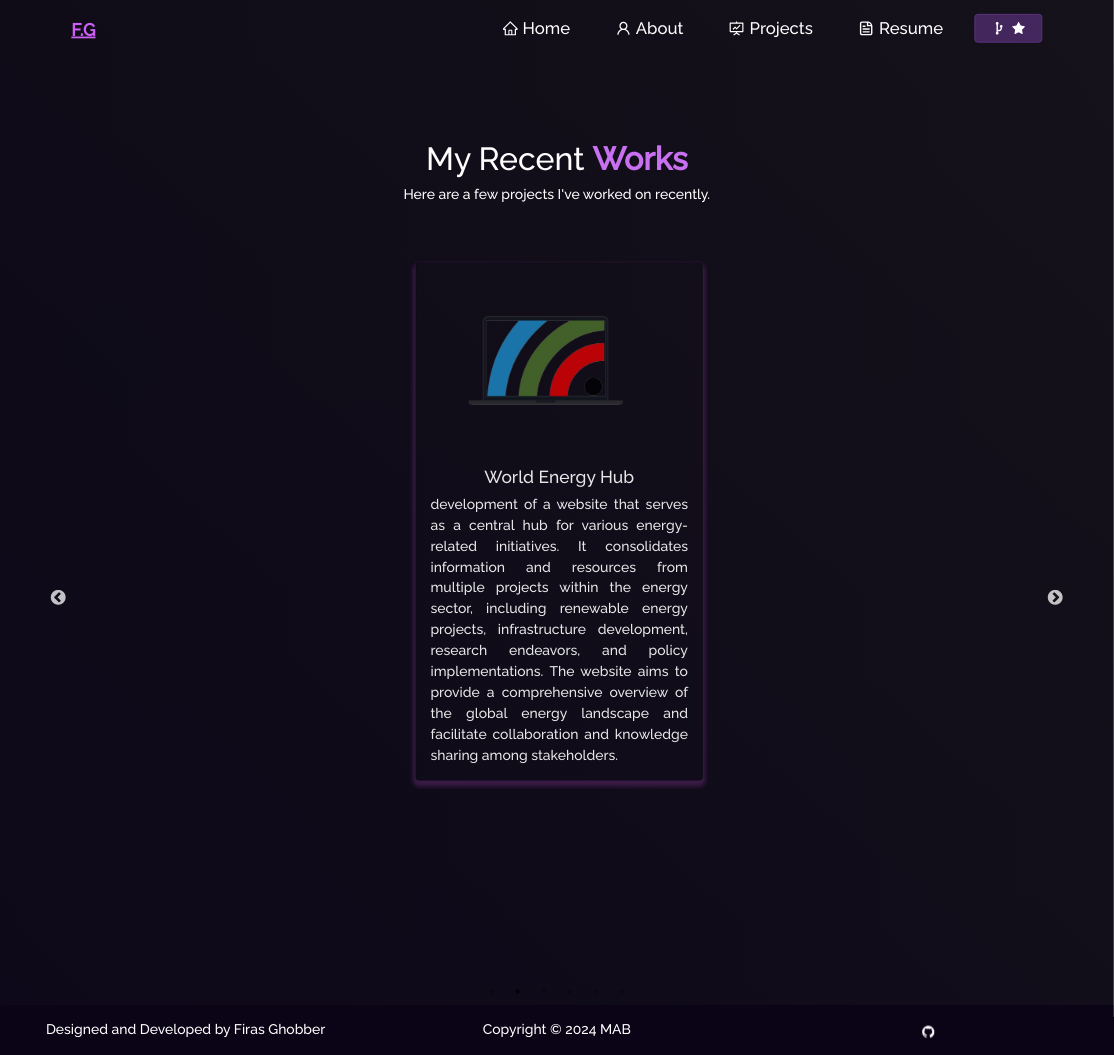
Repository: firas192/portfolio
Page: /project
The author's editor kept a copy of each file at every save. The page is drawn from the files as they stood at one save, then again after the next save.
The browser window is 1280 px wide. The pictures show the whole page, at 87% of full size.
The project was rebuilt for these pictures with package versions that can differ from the ones it lists, and the page was loaded fresh each time. Also part of the build but not shown: src/components/Home/Home2.js, src/components/Home/Type.js, src/components/Home/Home.js, src/components/About/Github.js, src/components/About/Techstack.js, src/components/About/AboutCard.js, src/components/About/Toolstack.js, src/components/About/About.js and 1 more. Imported but missing from the stored project, and not drawn on this page: src/Assets/MohamedAMINEBOughraraE.pdf.

Above is the page before, as saved 2024-05-06 17:23:56.

### public/index.html
<!DOCTYPE html>
<html lang="en">

<head>
  <meta charset="utf-8" />
  <link rel="icon" href="%PUBLIC_URL%/favicon.png" />
  <meta name="viewport" content="width=device-width, initial-scale=1" />
  <meta name="theme-color" content="#000000" />
  <meta name="description" content="Web site created using create-react-app" />
  <link rel="manifest" href="%PUBLIC_URL%/manifest.json" />
  <title>GHobber | Portfolio</title>
  <meta name="description" content="Self Developed personal website build with React.js">

  <!-- Google / Search Engine Tags -->
  <meta itemprop="name" content="GHobber | Portfolio">
  <meta itemprop="description" content="Self Developed personal website build with React.js">
  <meta itemprop="image"
    content="https://raw.githubusercontent.com/soumyajit4419/Portfolio/master/Images/readme-img.png?token=AK7VCIF5RYEUZZAURELPTAC76U6AK">

  <!-- Facebook Meta Tags -->

  <meta property="og:type" content="website">
  <meta property="og:title" content="GHobber | Portfolio">
  <meta property="og:description" content="Self Developed personal website build with React.js">
  <meta property="og:image"
    content="https://raw.githubusercontent.com/soumyajit4419/Portfolio/master/Images/readme-img.png?token=AK7VCIF5RYEUZZAURELPTAC76U6AK">

  <!-- Twitter Meta Tags -->
  <meta name="twitter:card" content="summary_large_image">
  <meta name="twitter:title" content="GHobber | Portfolio">
  <meta name="twitter:description" content="Self Developed personal website build with React.js">
  <meta name="twitter:image"
    content="https://raw.githubusercontent.com/soumyajit4419/Portfolio/master/Images/readme-img.png?token=AK7VCIF5RYEUZZAURELPTAC76U6AK">
</head>

<body>
  <noscript>You need to enable JavaScript to run this app.</noscript>
  <div id="root"></div>
</body>

</html>

### src/components/Projects/Projects.js
import React from "react";
import { Container, Row, Col } from "react-bootstrap";
import Particle from "../Particle";
import ProjectCard from "./ProjectCards";
import Slider from "react-slick";
import "slick-carousel/slick/slick.css";
import "slick-carousel/slick/slick-theme.css";

// Import your project images
import leaf from "../../Assets/Projects/leaf.png";
import chatify from "../../Assets/Projects/chatify.png";
import bitsOfCode from "../../Assets/Projects/blog.png";
import suicide from "../../Assets/Projects/suicide.png";
import constr from "../../Assets/Projects/constr.png";
import shutdown from "../../Assets/Projects/shutdown.png";


// Import the Cloudinary video URL
const energyEventVideoURL = "https://res.cloudinary.com/dz9pdjk1o/video/upload/v1643602654/your-cloudinary-video.mp4";

function Projects() {
  // Sample project data
  const projects = [
    {
      imgPath: constr,
      title: "Constructor Project Management",
      description: "This project involves building a website to represent an event focused on project management within the construction industry. The website serves as a platform for showcasing different aspects of project management, including planning, resource allocation, scheduling, and budgeting. It provides attendees with valuable information and resources to enhance their project management skills and knowledge.",
    },
    {
      imgPath: shutdown,
      title: "World Energy Hub ",
      description: "development of a website that serves as a central hub for various energy-related initiatives. It consolidates information and resources from multiple projects within the energy sector, including renewable energy projects, infrastructure development, research endeavors, and policy implementations. The website aims to provide a comprehensive overview of the global energy landscape and facilitate collaboration and knowledge sharing among stakeholders.",
    },
    {
      imgPath: chatify,
      title: "ERP",
      description: "This project involves the development of an ERP system using Spring Boot, AxonIQ, PhaseTwo, Keycloak, Kafka, Angular, Docker, JUnit, and PostgreSQL. It encompasses various modules for managing different aspects of business operations, including finance, human resources, inventory, and customer relationship management. The ERP system aims to streamline processes, improve efficiency, and provide valuable insights through data analysis.",
    },
    {
      imgPath: bitsOfCode,
      title: "Guido",
      description: "Guido is a website developed for a training center. It includes features such as API development using Node.js, Express.js, and MongoDB, deployment on Heroku, code revision via GitHub, and containerization with Docker. The website serves as a platform for showcasing training programs, courses, and other educational resources offered by the training center.",
    },
    {
      imgPath: leaf,
      title: "RestoTech",
      description: "RestoTech is a project focused on developing a comprehensive technology solution for restaurants. It involves the creation of a web application using Angular for the frontend and Express.js for the backend. The application facilitates online ordering, table management, menu customization, and other restaurant operations. Additionally, it may include integration with hardware devices such as robots for order distribution.",
    },
    {
      imgPath: suicide,
      title: "SecBaby",
      description: "SecBaby is an ecosystem of sensors designed to enhance child safety at home. These sensors are strategically placed throughout the house to detect any potential dangers or hazards that the child may encounter. If the sensors detect that the child is in proximity to any danger, such as stairs, electrical outlets, or sharp objects, it will trigger an alarm within the home and simultaneously send notifications to the parents' smartphones. Additionally, the project includes both a mobile application and a web application that allow parents to monitor and visualize the movement of the baby in real-time. This comprehensive system provides peace of mind to parents by ensuring the safety of their child within the home environment.",
    },
  ];

  // Slick settings
  const settings = {
    dots: true,
    infinite: true,
    speed: 500,
    slidesToShow: 1,
    slidesToScroll: 1,
    autoplay: true,
    autoplaySpeed: 5000,
  };

  return (
    <Container fluid className="project-section">
      <Particle />
      <Container>
        <h1 className="project-heading">
          My Recent <strong className="purple">Works </strong>
        </h1>
        <p style={{ color: "white" }}>
          Here are a few projects I've worked on recently.
        </p>
        <Slider {...settings}>
          {projects.map((project, index) => (
            <div key={index}>
              <Row style={{ justifyContent: "center", paddingBottom: "10px" }}>
                <Col md={4} className="project-card">
                  {project.type === "video" ? (
                    <ProjectCard
                      videoPath={project.videoPath}
                      title={project.title}
                      description={project.description}
                    />
                  ) : (
                    <ProjectCard
                      imgPath={project.imgPath}
                      title={project.title}
                      description={project.description}
                    />
                  )}
                </Col>
              </Row>
            </div>
          ))}
        </Slider>
      </Container>
    </Container>
  );
}

export default Projects;

Loaded but not shown: src/index.js (common file); src/index.css (common file); src/App.js (common file); src/reportWebVitals.js (common file); src/components/Pre.js (common file); src/components/ScrollToTop.js (common file); src/App.css (common file); src/components/Navbar.js (116 lines, source omitted); src/components/Footer.js (44 lines, source omitted); src/components/Particle.js (55 lines, source omitted); src/components/Projects/ProjectCards.js (28 lines, source omitted); src/style.css (762 lines, source omitted)

After the next save:
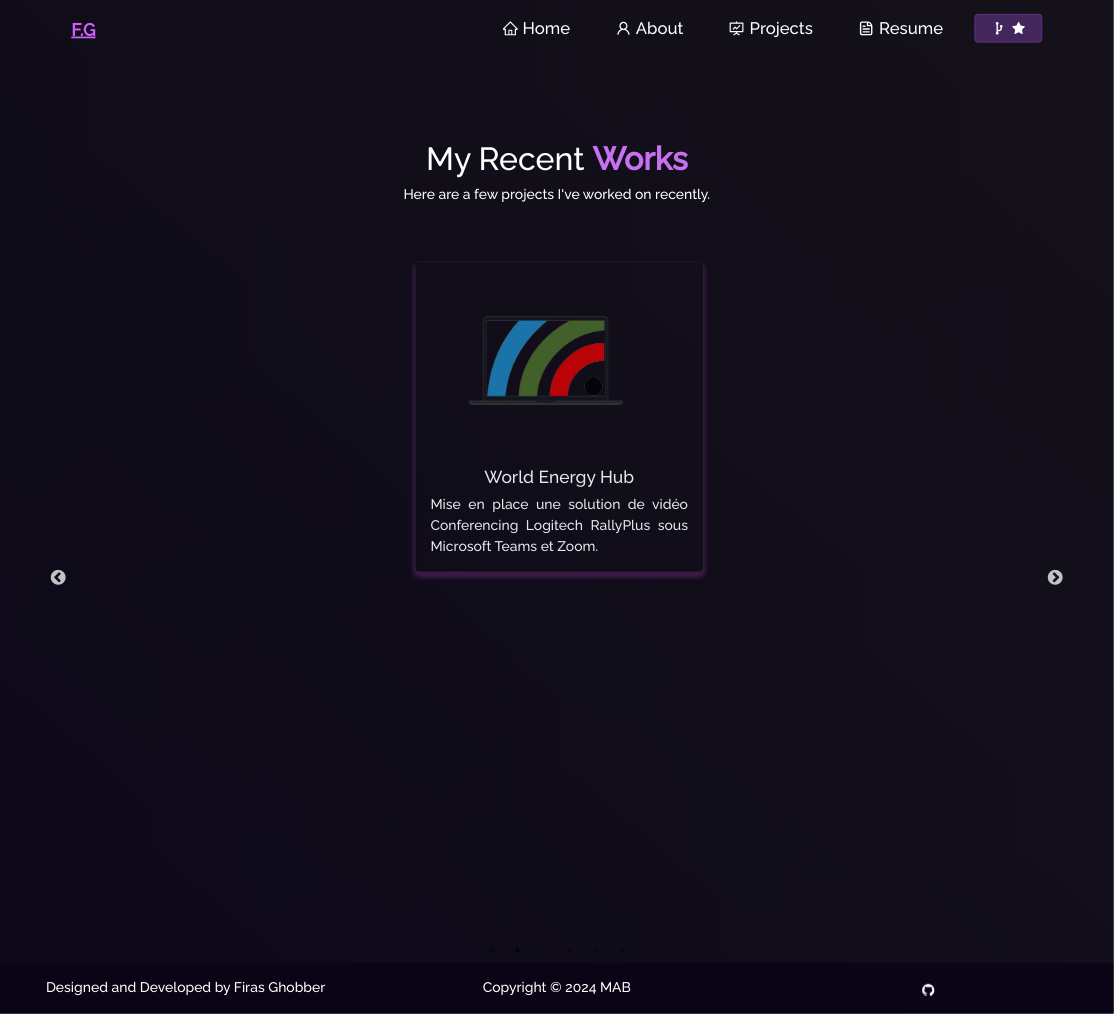
Saved 2 min 3 s later.
--- a/src/components/Projects/Projects.js
+++ b/src/components/Projects/Projects.js
@@ -24,32 +24,32 @@ function Projects() {
     {
       imgPath: constr,
       title: "Constructor Project Management",
-      description: "This project involves building a website to represent an event focused on project management within the construction industry. The website serves as a platform for showcasing different aspects of project management, including planning, resource allocation, scheduling, and budgeting. It provides attendees with valuable information and resources to enhance their project management skills and knowledge.",
+      description: "Configuration et installation des IPBX et des téléphones IP utilisant les modèles YEALINK SIP T33g et SIP T44U pour Zoom Phone. Mise en place une solution de vidéo conférence Logitech RallyPlus pour Zoom Room et Microsoft Teams room. Mise en place une solution de vidéo conférence Jabra Panacast 50 pour Zoom Room."
     },
     {
       imgPath: shutdown,
-      title: "World Energy Hub ",
-      description: "development of a website that serves as a central hub for various energy-related initiatives. It consolidates information and resources from multiple projects within the energy sector, including renewable energy projects, infrastructure development, research endeavors, and policy implementations. The website aims to provide a comprehensive overview of the global energy landscape and facilitate collaboration and knowledge sharing among stakeholders.",
+      title: "World Energy Hub",
+      description: "Mise en place une solution de vidéo Conferencing Logitech RallyPlus sous Microsoft Teams et Zoom."
     },
     {
       imgPath: chatify,
       title: "ERP",
-      description: "This project involves the development of an ERP system using Spring Boot, AxonIQ, PhaseTwo, Keycloak, Kafka, Angular, Docker, JUnit, and PostgreSQL. It encompasses various modules for managing different aspects of business operations, including finance, human resources, inventory, and customer relationship management. The ERP system aims to streamline processes, improve efficiency, and provide valuable insights through data analysis.",
+      description: "Formation des employés à l'utilisation de Zoom Meeting ainsi qu'à la gestion administrative de la plateforme Zoom."
     },
     {
       imgPath: bitsOfCode,
       title: "Guido",
-      description: "Guido is a website developed for a training center. It includes features such as API development using Node.js, Express.js, and MongoDB, deployment on Heroku, code revision via GitHub, and containerization with Docker. The website serves as a platform for showcasing training programs, courses, and other educational resources offered by the training center.",
+      description: "Mise en place dans la salle de réunion une solution de vidéo conférence Avaya CU-360 pour la Platform Zoom Room. Mise en place un LAB de la solution IPBX avec la solution Avaya Série J-100 sous la Platform Zoom Phone."
     },
     {
       imgPath: leaf,
       title: "RestoTech",
-      description: "RestoTech is a project focused on developing a comprehensive technology solution for restaurants. It involves the creation of a web application using Angular for the frontend and Express.js for the backend. The application facilitates online ordering, table management, menu customization, and other restaurant operations. Additionally, it may include integration with hardware devices such as robots for order distribution.",
+      description: "Développement d'une application web et mobile avec JavaScript, Express.js en backend, et React.js en frontend. Création d'une application mobile avec Java dans Android Studio. Utilisation de MySQL comme base de données pour l'ensemble du projet. Conception d'applications personnalisées pour la communication unifiée, incluant le partage de fichiers, le chat en direct, la gestion de calendrier, la gestion des réunions programmées et instantanées, et bien plus encore. Collaboration avec Zoom en tant qu'ISV, en utilisant Server-to-Server OAuth et l'application Meeting SDK pour une gestion souple et efficace des réunions, avec une interface optimisée."
     },
     {
       imgPath: suicide,
       title: "SecBaby",
-      description: "SecBaby is an ecosystem of sensors designed to enhance child safety at home. These sensors are strategically placed throughout the house to detect any potential dangers or hazards that the child may encounter. If the sensors detect that the child is in proximity to any danger, such as stairs, electrical outlets, or sharp objects, it will trigger an alarm within the home and simultaneously send notifications to the parents' smartphones. Additionally, the project includes both a mobile application and a web application that allow parents to monitor and visualize the movement of the baby in real-time. This comprehensive system provides peace of mind to parents by ensuring the safety of their child within the home environment.",
+      description: "Utilisation de Maven pour gérer les dépendances et construire le projet. Utilisation de Git pour la gestion du code source et le contrôle des versions en utilisant GitHub comme service d’hébergement. Création et exécution de tests unitaires à l’aide de JUnit. Mise en place d’une intégration continue à l’aide de Jenkins pour automatiser la construction et les tests. Configuration d’un environnement de développement avec Docker en utilisant Docker Compose pour créer un environnement Spring Boot avec MySQL. Push des images Docker générées vers DockerHub pour la distribution continue."
     },
   ];
 
@@ -79,19 +79,11 @@ function Projects() {
             <div key={index}>
               <Row style={{ justifyContent: "center", paddingBottom: "10px" }}>
                 <Col md={4} className="project-card">
-                  {project.type === "video" ? (
-                    <ProjectCard
-                      videoPath={project.videoPath}
-                      title={project.title}
-                      description={project.description}
-                    />
-                  ) : (
-                    <ProjectCard
-                      imgPath={project.imgPath}
-                      title={project.title}
-                      description={project.description}
-                    />
-                  )}
+                  <ProjectCard
+                    imgPath={project.imgPath}
+                    title={project.title}
+                    description={project.description}
+                  />
                 </Col>
               </Row>
             </div>
